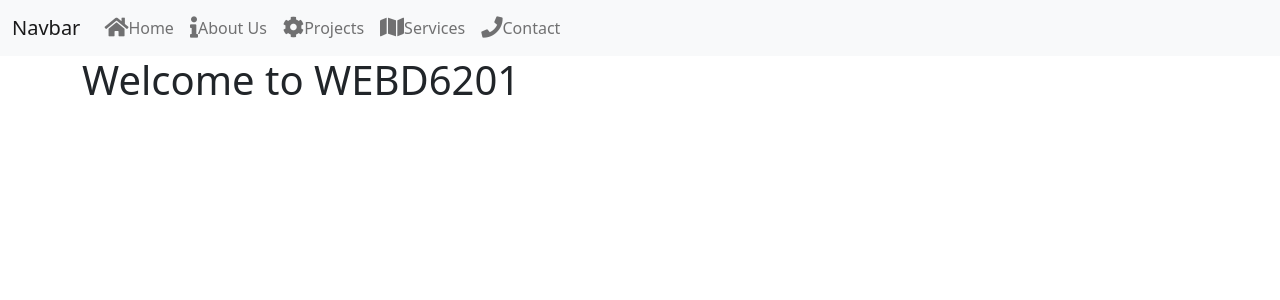
Repository: deividwsantoss/webd6201-W2021-ICE1
Page: Index.html
These files come from the project's save history. The page is drawn as it stood at one moment and after the next save; the edit follows.
The browser window is 1280 px wide. The pictures show the whole page.

Above is the page before, as saved 2021-02-02 10:08:49.

After the next save:
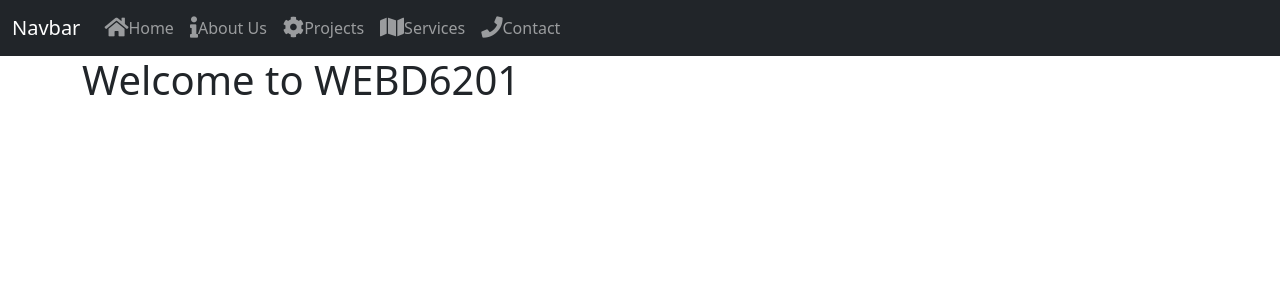
Saved 23 s later.
--- a/Index.html
+++ b/Index.html
@@ -12,7 +12,7 @@
 
 <body>
     <header>
-        <nav class="navbar navbar-expand-lg navbar-light bg-light">
+        <nav class="navbar navbar-expand-lg navbar-dark bg-dark">
             <div class="container-fluid">
               <a class="navbar-brand" href="#">Navbar</a>
               <button class="navbar-toggler" type="button" data-bs-toggle="collapse" data-bs-target="#navbarSupportedContent" aria-controls="navbarSupportedContent" aria-expanded="false" aria-label="Toggle navigation">
